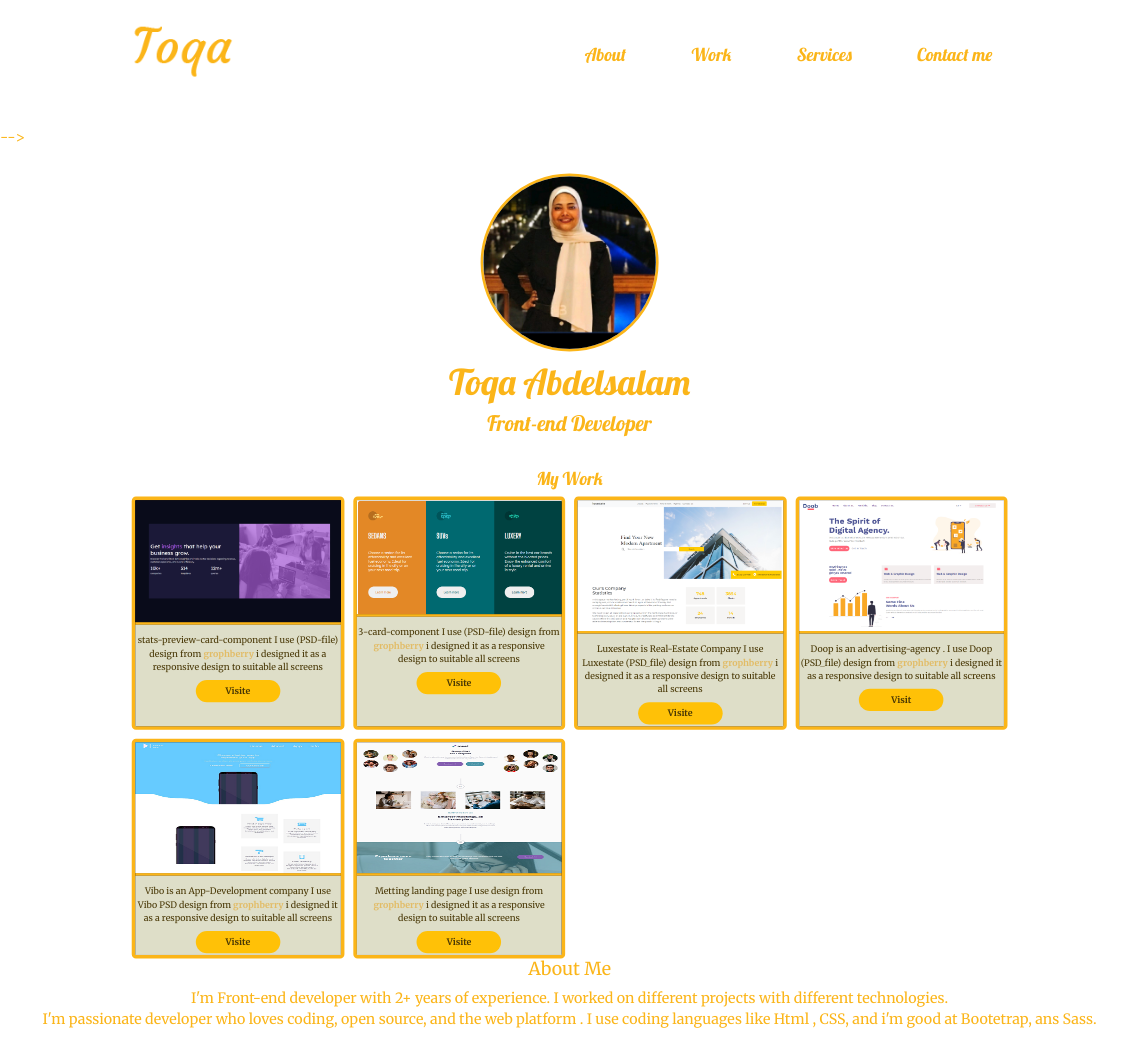
Repository: Toqa-25/portfolio
Page: index.html
The author's editor kept a copy of each file at every save. The page is drawn from the files as they stood at one save, then again after the next save.
The browser window is 1280 px wide. The pictures show the whole page, at 89% of full size.
Some web fonts or font styles are not loaded; a fallback is used.

Above is the page before, as saved 2021-10-31 18:04:33.

After the next save:
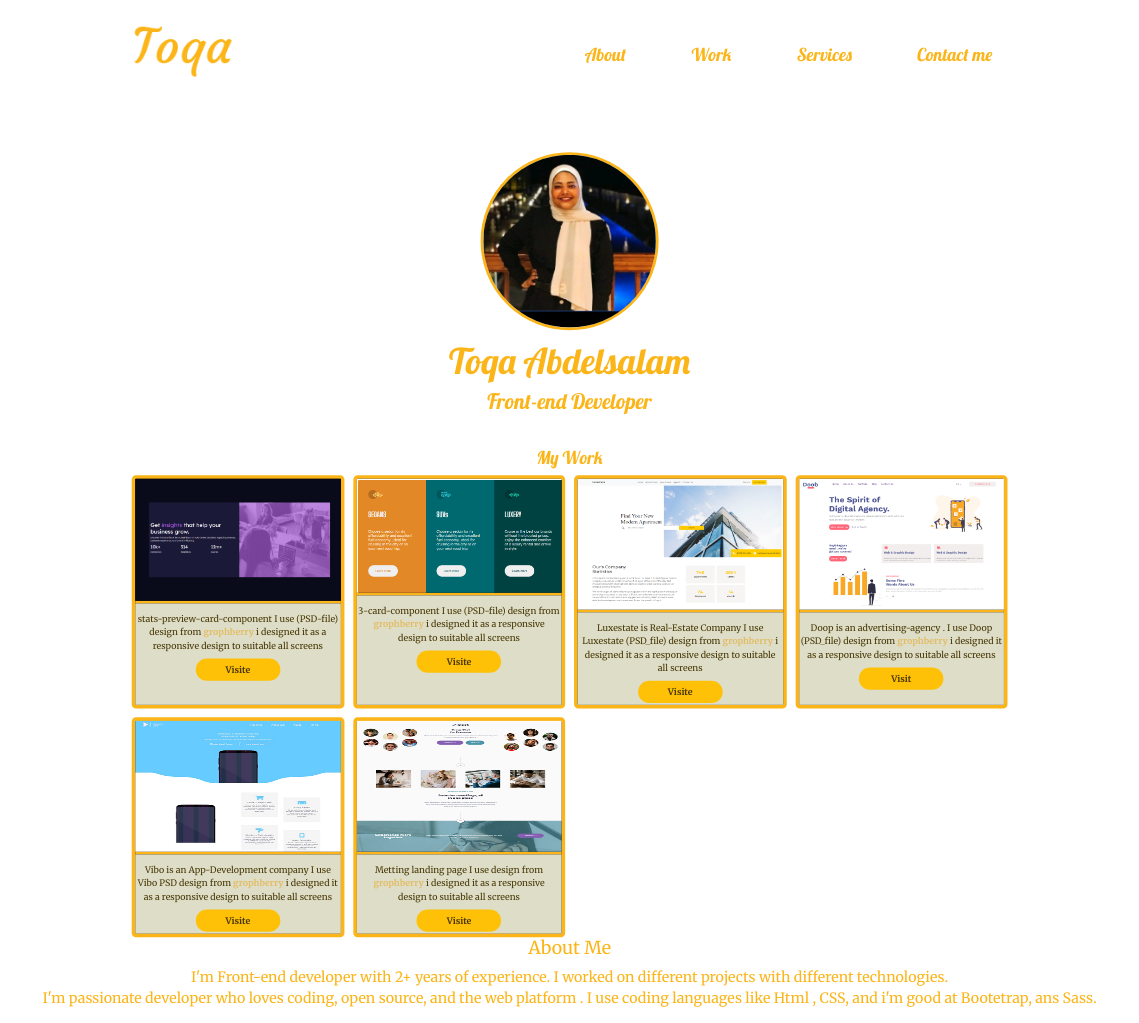
Saved 37 s later.
--- a/index.html
+++ b/index.html
@@ -54,16 +54,6 @@
          </div>
          </div>
         </header><!-- end header section -->
-       <!-- <div role="bar">
-      <ul class="hidden-bar">
-        <li>About</li>
-        <li>Work</li>
-        <li>Services</li>
-        <li>Contact me</li>
-         <li>Reviews</li>
-       </ul>
-      </div> -->
-    <!-- </nav> --> -->
 
     <!-- information  section -->
     <section  class="inform pad">
